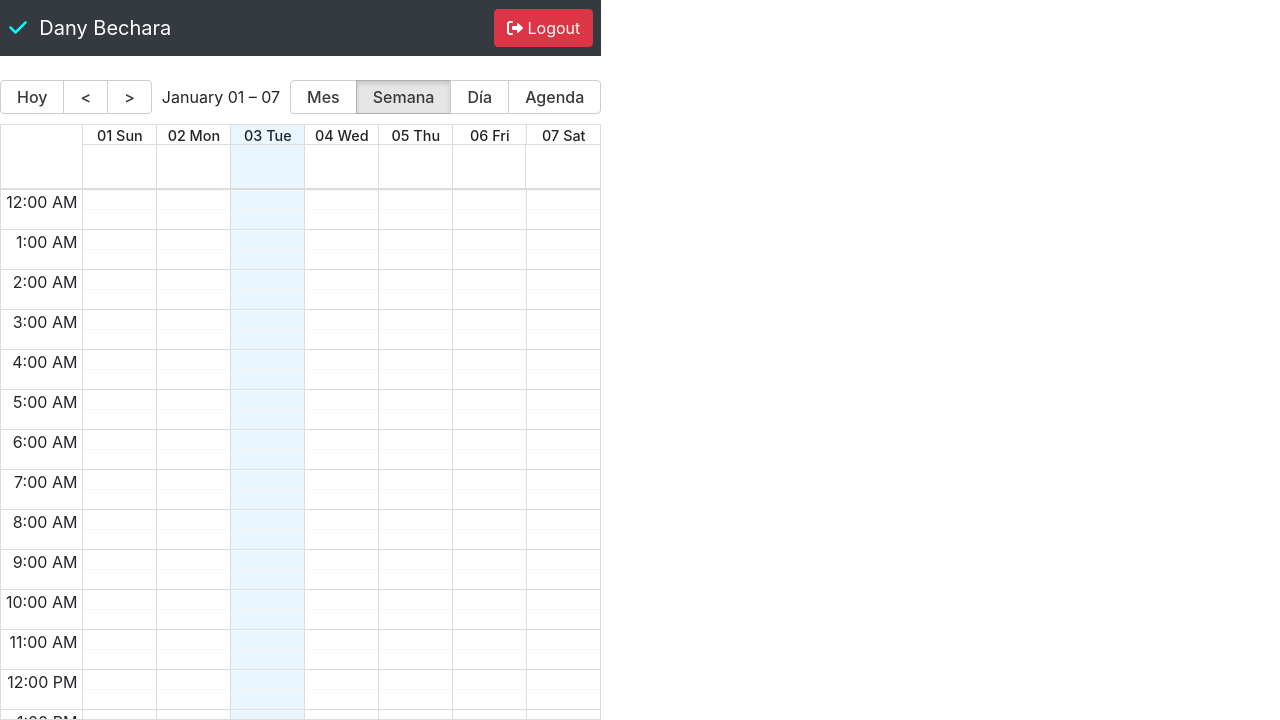
Repository: bechara611/calendar-frontend
Page: /
The author's editor kept a copy of each file at every save. The page is drawn from the files as they stood at one save, then again after the next save.
The browser window is 1280 px wide. The pictures show the whole page.
An inner scrolling area shows only its first screen. The project was rebuilt for these pictures with package versions that can differ from the ones it lists, and the page was loaded fresh each time. Also part of the build but not shown: vite.config.js. Imported but missing from the stored project, and not drawn on this page: src/auth.

Above is the page before, as saved 2023-01-04 16:58:05.

After the next save:
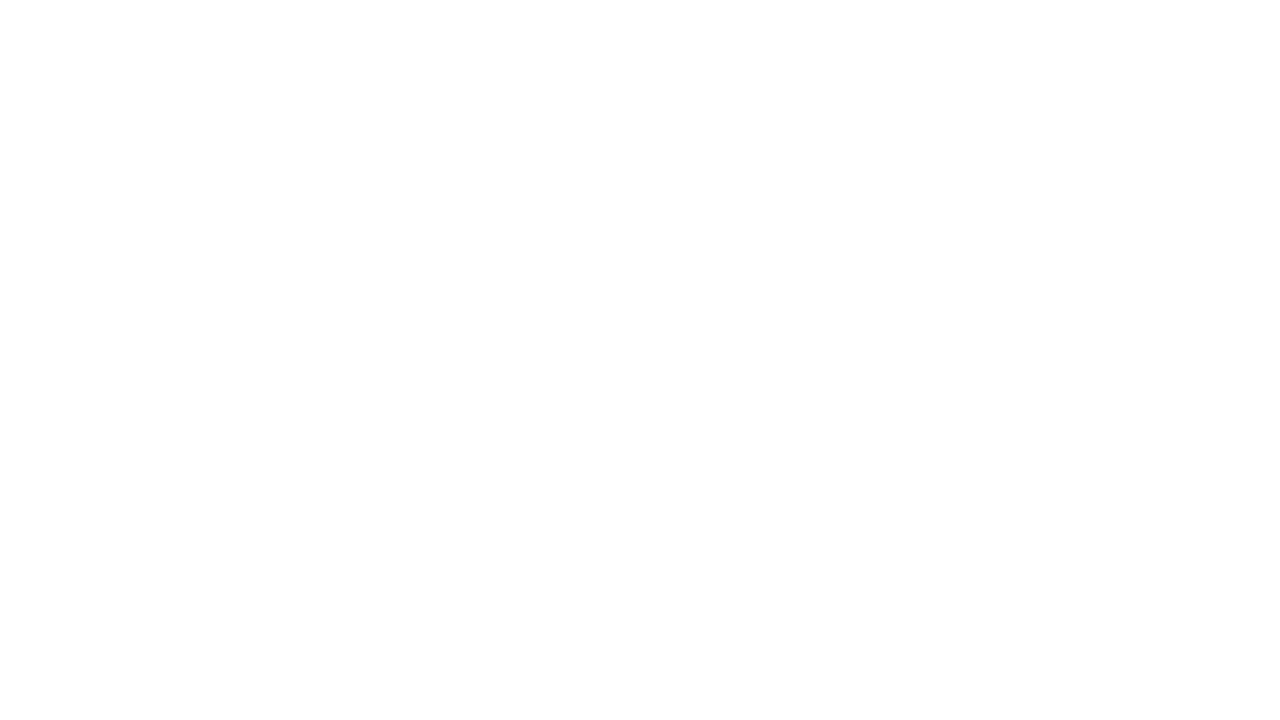
Console error: TypeError: Cannot read properties of undefined (reading 'title')
Saved 22 s later.
--- a/src/calendar/pages/CalendarPages.jsx
+++ b/src/calendar/pages/CalendarPages.jsx
@@ -62,7 +62,7 @@
       <NavBar></NavBar>
       <Calendar
         localizer={localizer}
-        view='week'
+        view='semana'
         events={events}
         startAccessor="start"
         endAccessor="end"

After the 2 saves that followed:
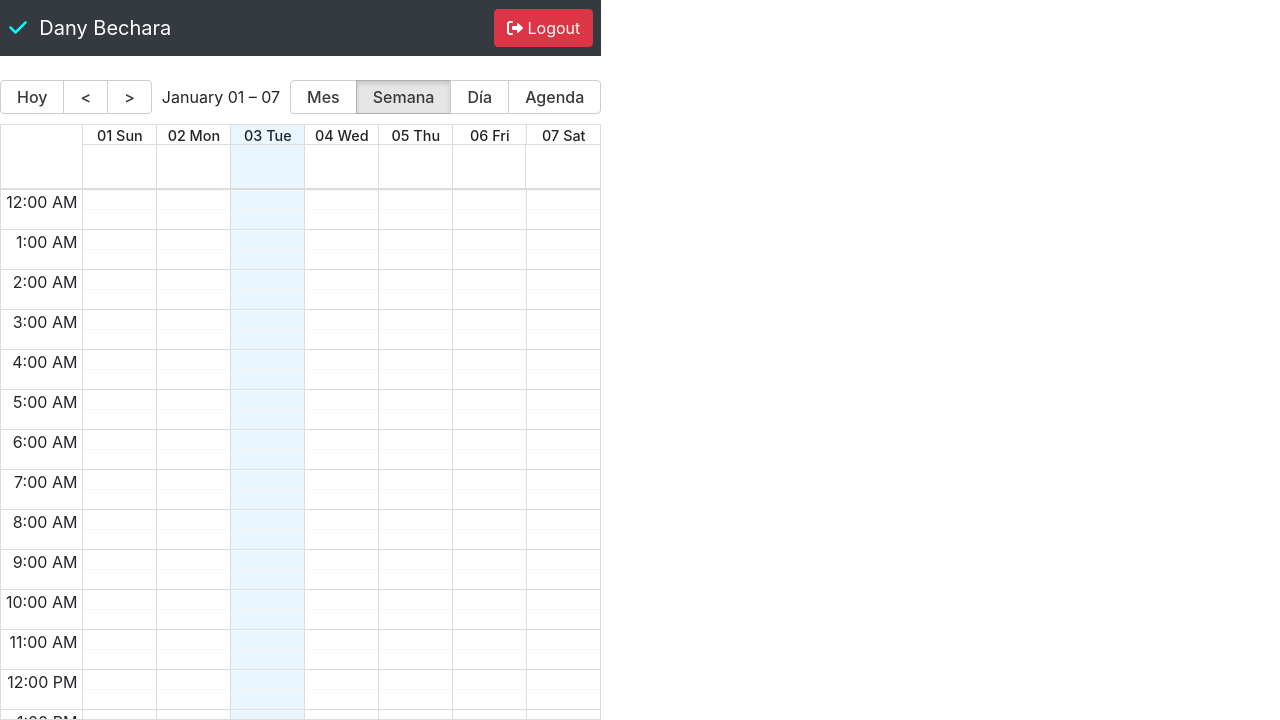
The error is gone.
The 2 saves are shown as one change because 1 left the picture as it was.
The last was saved 12 s later.
--- a/src/calendar/pages/CalendarPages.jsx
+++ b/src/calendar/pages/CalendarPages.jsx
@@ -62,7 +62,7 @@
       <NavBar></NavBar>
       <Calendar
         localizer={localizer}
-        view='semana'
+        view='week'
         events={events}
         startAccessor="start"
         endAccessor="end"
